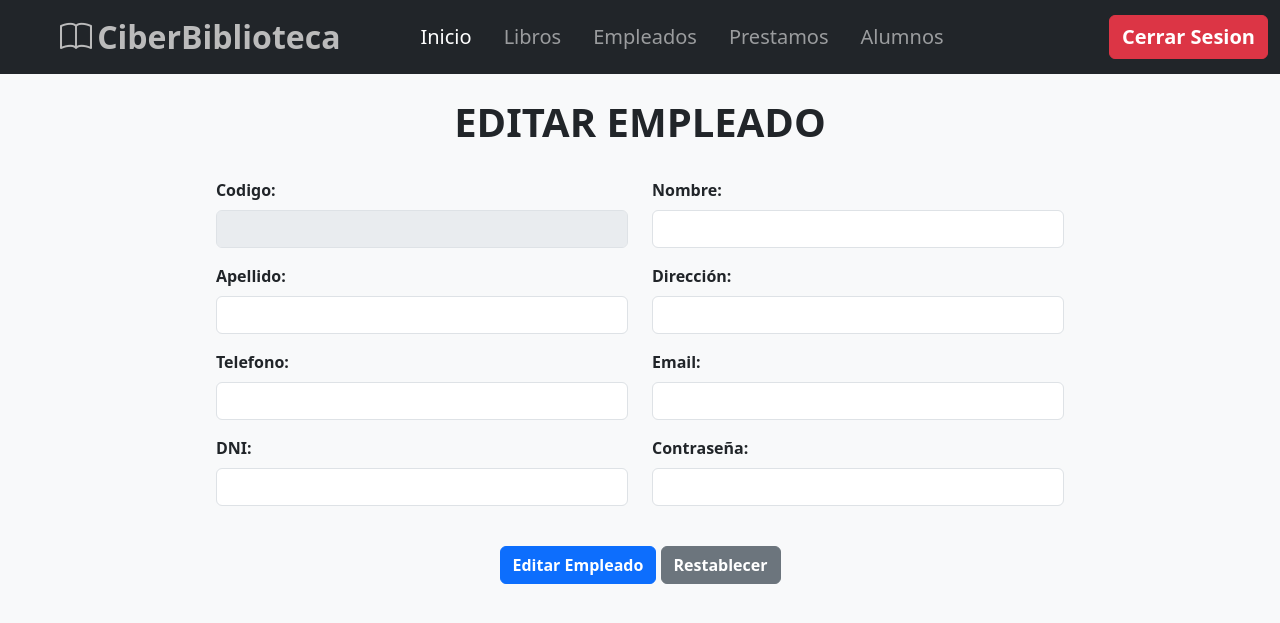
Repository: WilmerOcampo/LP1_Biblioteca
Page: http://localhost/Proyecto/editarEmpleado.jsp
These files come from the project's save history. The page is drawn as it stood at one moment and after the next save; the edit follows.
The browser window is 1280 px wide. The pictures show the whole page.
The page is served by Tomcat 10. Other server files are loaded and not shown.

Above is the page before, as saved 2023-05-31 18:02:26.

### Proyecto/src/main/webapp/editarEmpleado.jsp
<%@ page language="java" contentType="text/html; charset=ISO-8859-1"
    pageEncoding="ISO-8859-1"%>
<!DOCTYPE html>
<html>
<head>
<meta charset="ISO-8859-1">
<title>Editar Empleado</title>
<link href="https://cdn.jsdelivr.net/npm/bootstrap@5.3.0-alpha3/dist/css/bootstrap.min.css" rel="stylesheet">
<link rel="stylesheet" href="https://cdn.jsdelivr.net/npm/bootstrap-icons@1.8.1/font/bootstrap-icons.css">
</head>
<body class="bg-light">
	<!-- Inicio del menu -->
      <nav class="navbar navbar-expand-md navbar-dark bg-dark">
        <div class="container-fluid">

        <!-- icono o nombre -->
        <a class="navbar-brand" href="#" style="padding-left: 3rem; padding-right: 3rem;">
            <i class="bi bi-book" style="font-size: 2rem; color:#bbb"></i>
            <span style="font-size: 2rem; color:#bbb"><b>CiberBiblioteca</b></span>
          </a>

        <!-- boton del menu -->
        <button class="navbar-toggler" type="button" data-bs-toggle="collapse" data-bs-target="#menu" aria-controls="navbarSupportedContent" aria-expanded="false" aria-label="Toggle navigation">
            <span class="navbar-toggler-icon"></span>
        </button>

          <!-- elementos del menu colapsable -->
        <div class="collapse navbar-collapse" id="menu">
            <ul class="navbar-nav me-auto" style="font-size: 20px">
                  <li class="nav-item" style="margin:0 0.5rem">
                    <a class="nav-link active" aria-current="page" href="index.jsp">Inicio</a>
                  </li>
                  <li class="nav-item" style="margin:0 0.5rem">
                    <a class="nav-link" href="listaLibros.jsp">Libros</a>
                  </li>
                  <li class="nav-item" style="margin:0 0.5rem">
                    <a class="nav-link" href="listaEmpleados.jsp">Empleados</a>
                  </li>
                  <li class="nav-item" style="margin:0 0.5rem">
                    <a class="nav-link" href="listaPrestamos.jsp">Prestamos</a>
                  </li>
                  <li class="nav-item" style="margin:0 0.5rem">
                    <a class="nav-link" href="listaAlumnos.jsp">Alumnos</a>
                  </li>
                 </ul>

          <hr class="d-md-none text-white-50">

         <!--boton Informacion -->
          <form class="d-flex">
            <button class="btn btn-danger d-none d-md-inline-block " type="submit" style="font-size: 20px; font-weight:600"><a href="login.jsp" style="text-decoration: none; color: #fff">Cerrar Sesion</a></button>
          </form>
        </div>
        </div>
      </nav>

    <div class="container">
        <br>
        <h1 class="text-center" style="text-transform: uppercase;"><strong>Editar Empleado</strong></h1><br>
        <form style="margin: 0 12%">
            <div class="row mb-3">
                <div class="col-md-6">
                    <label for="codigo" class="form-label"><b>Codigo:</b></label>
                    <input type="text" class="form-control" id="codigo" name="codigo" disabled>
                </div>
                <div class="col-md-6">
                    <label for="nombre" class="form-label"><b>Nombre:</b></label>
                    <input type="text" class="form-control" id="nombre" name="nombre">
                </div>
            </div>
            <div class="row mb-3">
                <div class="col-md-6">
                    <label for="apellido" class="form-label"><b>Apellido:</b></label>
                    <input type="text" class="form-control" id="apellido" name="apellido">
                </div>
                <div class="col-md-6">
                    <label for="direccion" class="form-label"><b>Dirección:</b></label>
                    <input type="text" class="form-control" id="direccion" name="direccion">
                </div>
            </div>
            <div class="row mb-3">
                <div class="col-md-6">
                    <label for="telefono" class="form-label"><b>Telefono:</b></label>
                    <input type="text" class="form-control" id="telefono" name="telefono">
                </div>
                <div class="col-md-6">
                    <label for="email" class="form-label"><b>Email:</b></label>
                    <input type="email" class="form-control" id="email" name="email">
                </div>
            </div>
            <div class="row mb-3">
            	<div class="col-md-6">
                    <label for="dni" class="form-label"><b>DNI:</b></label>
                    <input type="text" class="form-control" id="dni" name="dni">
                </div>
            	<div class="col-md-6">
                    <label for="password" class="form-label"><b>Contraseña:</b></label>
                    <input type="password" class="form-control" id="password" name="password">
                </div>
            </div>
            <div class="row">
                <div class="col-md-12 text-center">
                    <br><input type="submit" name="editar" id="editar" value="Editar Empleado" class="btn btn-primary" style="font-weight: 600">
                    <input type="reset" name="borrar" id="borrar" value="Restablecer" class="btn btn-secondary" style="font-weight: 600">
                </div>
            </div>
        </form>
    </div>

<script src="https://cdn.jsdelivr.net/npm/bootstrap@5.3.0-alpha3/dist/js/bootstrap.bundle.min.js"
        integrity="sha384-ENjdO4Dr2bkBIFxQpeoTz1HIcje39Wm4jDKdf19U8gI4ddQ3GYNS7NTKfAdVQSZe"
        crossorigin="anonymous"></script>

</body>
</html>

After the next save:
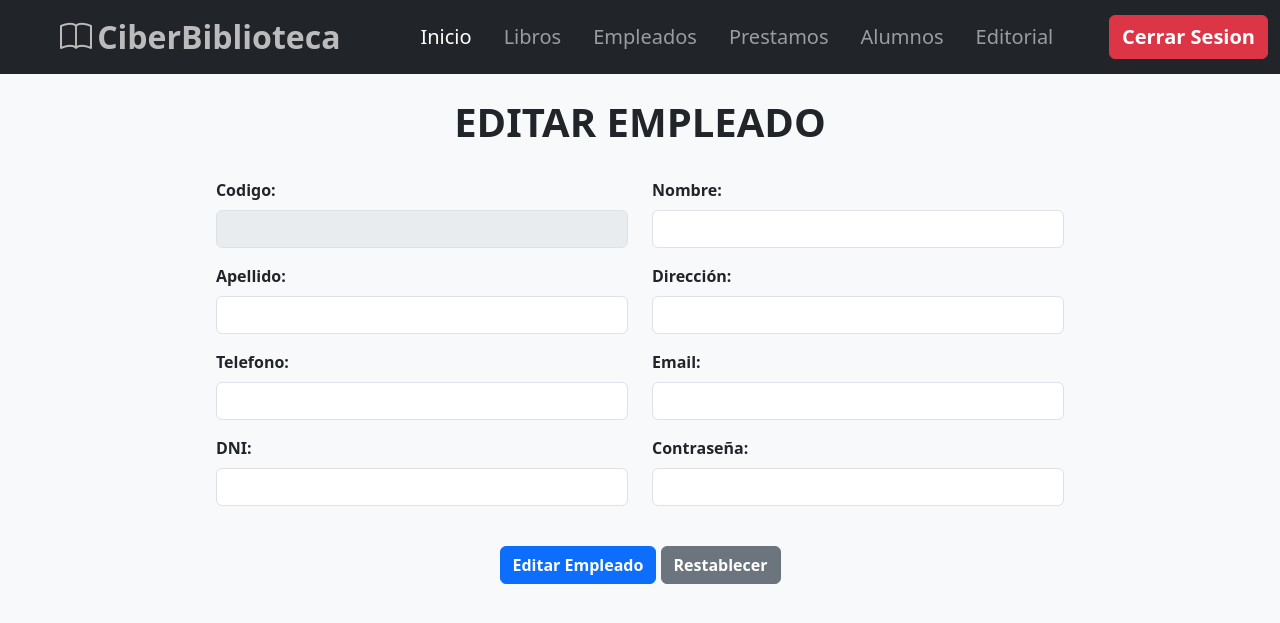
Saved 8 s later.
--- a/Proyecto/src/main/webapp/editarEmpleado.jsp
+++ b/Proyecto/src/main/webapp/editarEmpleado.jsp
@@ -41,6 +41,9 @@
                   </li>
                   <li class="nav-item" style="margin:0 0.5rem">
                     <a class="nav-link" href="listaAlumnos.jsp">Alumnos</a>
+                  </li>
+                   <li class="nav-item" style="margin:0 0.5rem">
+                    <a class="nav-link" href="listaEditorial.jsp">Editorial</a>
                   </li>
                  </ul>
 
